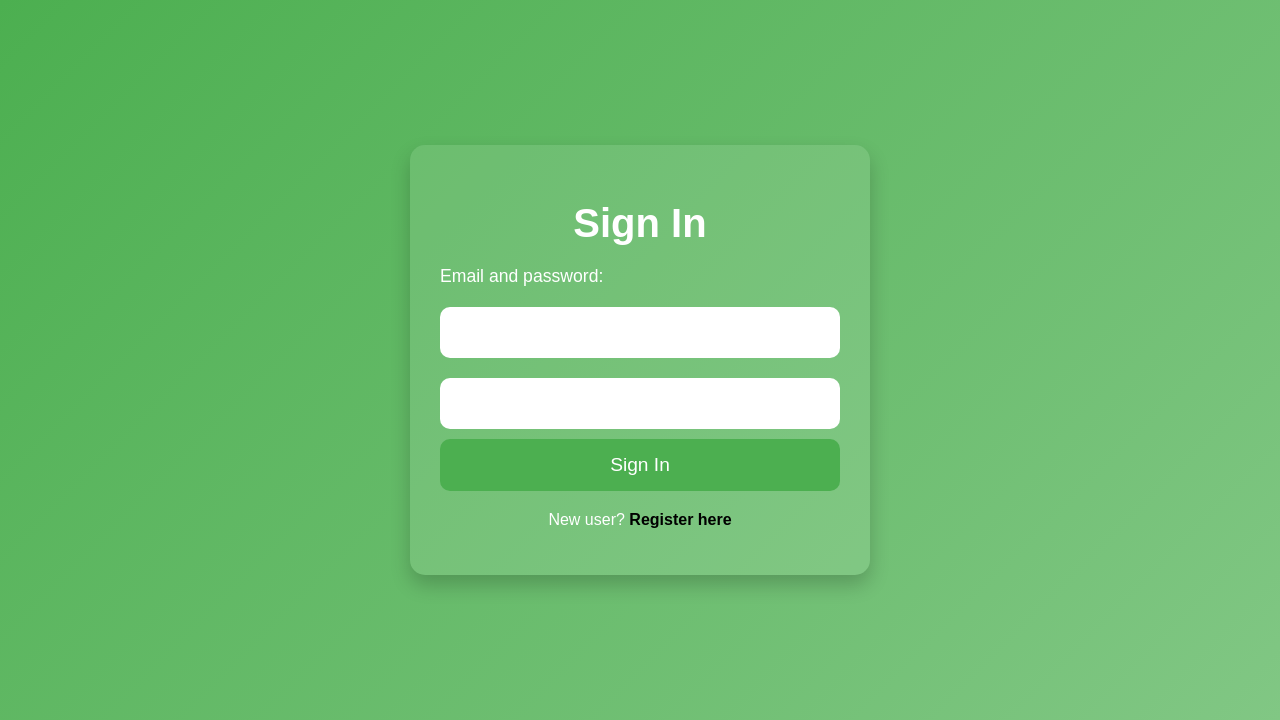
Repository: harutoNaiz/urban-mobility-system
Page: http://localhost/sign_in
These files come from the project's save history. The page is drawn as it stood at one moment and after the next save; the edit follows.
The browser window is 1280 px wide. The pictures show the whole page.
The page is served by the project's application, run on Flask 3 (app.py).

Above is the page before, as saved 2024-11-15 10:21:08.

After the next save:
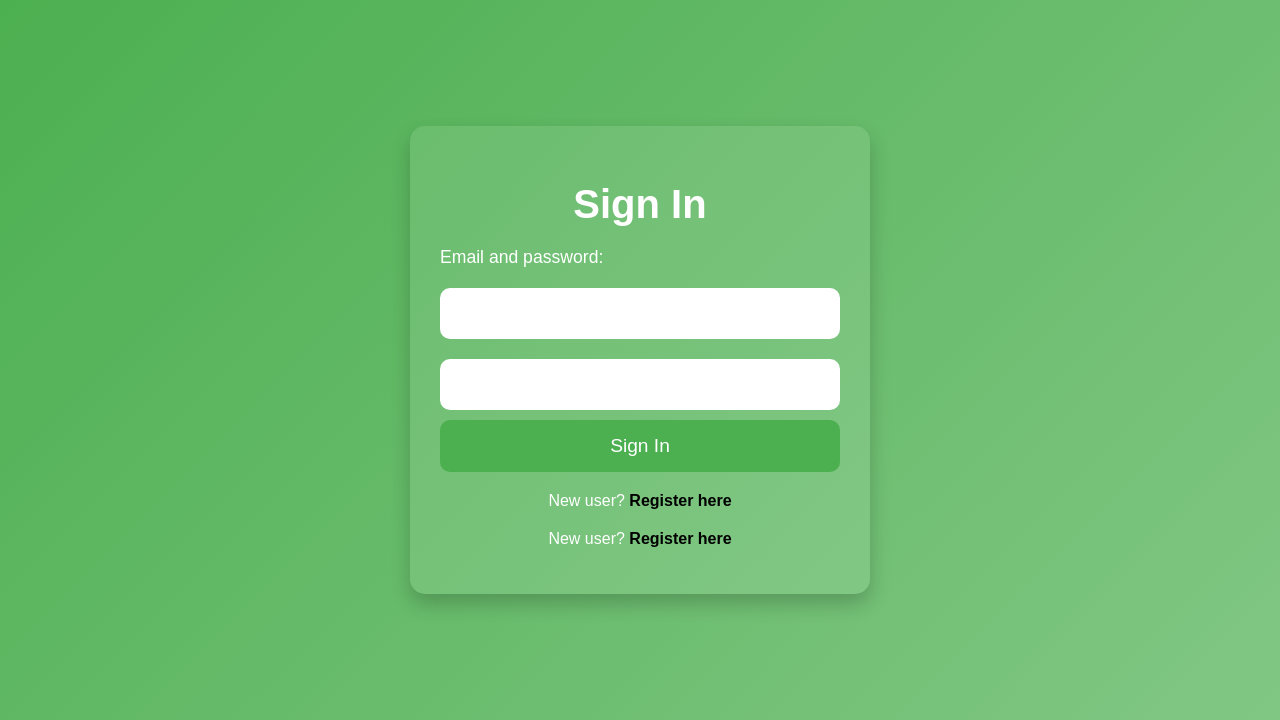
Saved 14 s later.
--- a/templates/sign_in.html
+++ b/templates/sign_in.html
@@ -106,6 +106,7 @@
             <button type="submit">Sign In</button>
         </form>
         <p>New user? <a href="{{ url_for('register_user') }}">Register here</a></p>
+        <p>New user? <a href="{{ url_for('register_user') }}">Register here</a></p>
     </div>
 </body>
 </html>
